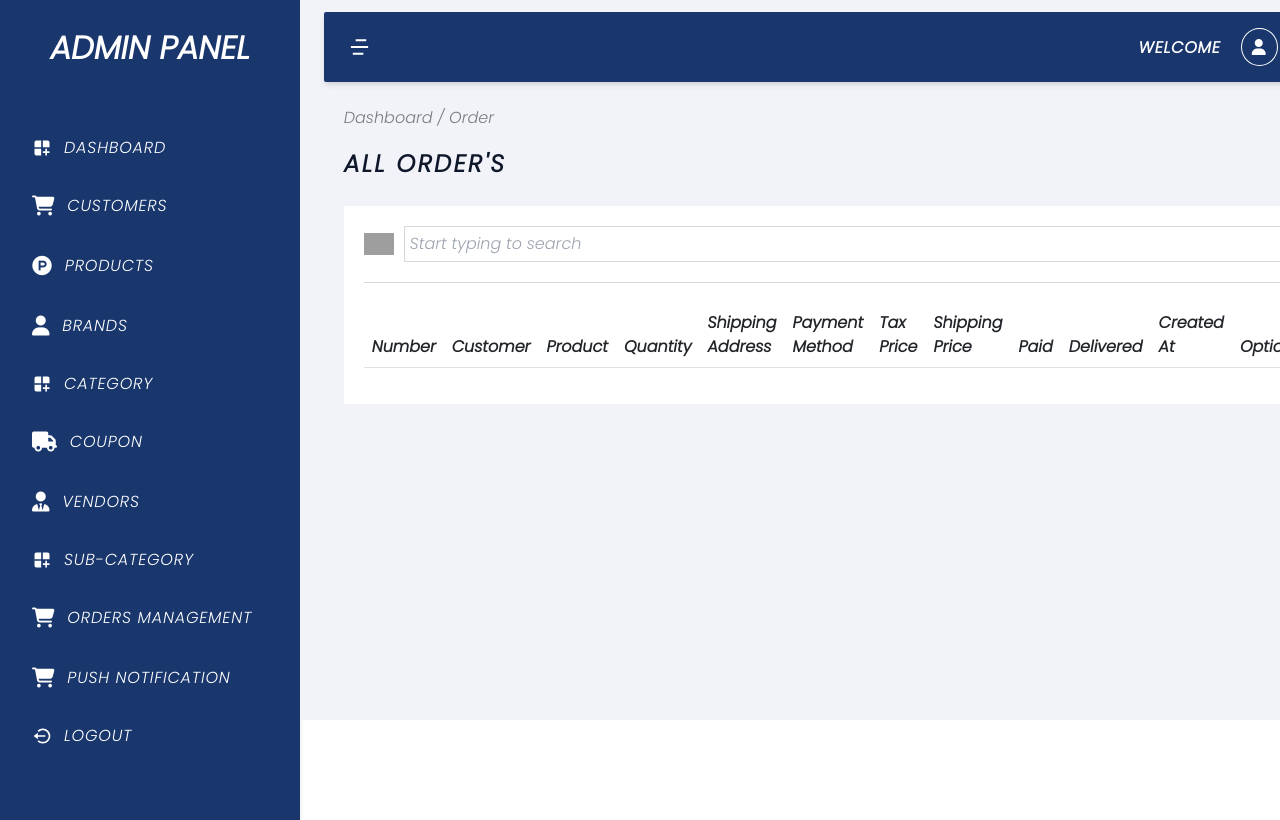
Repository: FlyweisReact/AnilAdminPanel
Page: /E-commerce/Admin/Orders
The author's editor kept a copy of each file at every save. The page is drawn from the files as they stood at one save, then again after the next save.
The browser window is 1280 px wide. The pictures show the whole page.
Pictures or frames that could not be fetched are drawn as grey boxes. The page's requests for data from a server got no answer. Some web libraries are served in a nearby version. The project was rebuilt for these pictures with package versions that can differ from the ones it lists, and the page was loaded fresh each time. No one was signed in, and anything a server would have sent is missing. Also part of the build but not shown: src/E-CommerceAdmin/forms/Login.jsx, src/E-CommerceAdmin/pages/Dashboard.jsx, src/E-CommerceAdmin/pages/ECategory.js, src/E-CommerceAdmin/pages/EProduct.js, src/E-CommerceVendor/forms/EVendorLogin.jsx, src/E-CommerceAdmin/pages/EVendorList.js, src/E-CommerceAdmin/pages/EAdminProduct.js, src/E-CommerceAdmin/pages/EAdminDelivery.js and 6 more. Imported but missing from the stored project, and not drawn on this page: src/E-CommerceVendor/pages/EVCategory, src/E-CommerceVendor/pages/EVDashboard, src/E-CommerceVendor/pages/EVOrders, src/E-CommerceVendor/pages/EVProduct, src/E-CommerceVendor/pages/EVSubCategory.

Above is the page before, as saved 2023-05-03 16:28:16.

### public/index.html
<!-- @format -->

<!DOCTYPE html>
<html lang="en">
  <head>
    <meta charset="utf-8" />
    <meta name="viewport" content="width=device-width, initial-scale=1" />
    <meta name="theme-color" content="#000000" />
    <meta
      name="description"
      content="Web site created using create-react-app"
    />
    <link rel="apple-touch-icon" href="%PUBLIC_URL%/favicon.ico?v=2" />
    <link rel="manifest" href="%PUBLIC_URL%/manifest.json" />
    <link rel="preconnect" href="https://fonts.googleapis.com">
<link rel="preconnect" href="https://fonts.gstatic.com" crossorigin>
<link href="https://fonts.googleapis.com/css2?family=Roboto+Mono:ital,wght@1,300&display=swap" rel="stylesheet">
    <title>Anil Admin Panel</title>
  </head>
  <body>
    <noscript>You need to enable JavaScript to run this app.</noscript>
    <div id="root"></div>
    <script src="https://code.jquery.com/jquery-3.6.0.min.js"></script>
    <script src="https://kit.fontawesome.com/b533b351e4.js" crossorigin="anonymous"></script>
  </body>
</html>

### src/index.js
import React from "react";
import ReactDOM from "react-dom/client";
import "./index.css";
import App from "./App";
import { BrowserRouter } from "react-router-dom";
import 'bootstrap/dist/css/bootstrap.min.css'

const root = ReactDOM.createRoot(document.getElementById("root"));
root.render(
  <React.StrictMode>
    <BrowserRouter>
      <App />
    </BrowserRouter>
  </React.StrictMode>
);

### src/index.css
/** @format */

@tailwind base;
@tailwind components;
@tailwind utilities;
@import url("https://fonts.googleapis.com/css2?family=Roboto+Mono:ital,wght@1,300&display=swap");
@font-face {
  font-family: Roboto;
  src: url("./Fonts/Poppins-LightItalic.ttf");
}
body {
  margin: 0;
  font-family: Roboto !important;
  -webkit-font-smoothing: antialiased;
  -moz-osx-font-smoothing: grayscale;
}

code {
  font-family: Roboto !important;
}

html {
  font-family: Roboto !important;
}

::-webkit-scrollbar {
  width: 10px;
}
.fa-trash {
  color: red;
  cursor: pointer;
}

.iCOn {
  transition: 0.5s;
  box-shadow: none;
  transform: scale(1);
}
.cardDiv {
  cursor: pointer;
}

.cardDiv:hover .iCOn {
  box-shadow: rgba(0, 0, 0, 0.35) 0px 5px 15px;
  transform: scale(1.3);
}

/* Track */
::-webkit-scrollbar-track {
  background: #f1f1f1;
}

/* Handle */
::-webkit-scrollbar-thumb {
  background: #888;
}

/* Handle on hover */
::-webkit-scrollbar-thumb:hover {
  background: #555;
}
.profileImage {
  width: 100px;
}
.fa-eye {
  color: #029aff;
  cursor: pointer;
}
.fa-edit {
  cursor: pointer;
  color: blue;
}

.View {
  border: 1px solid black;
  width: 100%;
  padding: 10px;
}

.main-card--container {
  display: grid;
  grid-template-columns: repeat(3, minmax(300px, 500px));
  grid-gap: 50px;
  justify-content: space-around;
}
.card-container {
  margin: 25px 0 auto;
  box-shadow: rgba(0, 0, 0, 0.35) 0px 5px 15px;
  position: relative;
  display: grid;
  grid-template-columns: 1fr;
  justify-content: space-around;
  align-items: flex-start;
}

.myEdit:focus {
  box-shadow: rgba(0, 0, 0, 0.35) 0px 5px 15px;
}

.AstroLogin {
  color: #fff;
  background-color: #2b7a8e;
  padding: 10px;
  width: 380px;
  text-align: center;
  font-size: 20px;
  background: linear-gradient(to left, #2b7a8e 50%, #fff 50%) right;
  background-size: 200%;
  transition: 0.5s ease-out;
  border: 1px solid #2b7a8e;
  margin-top: 10px;
  text-transform: uppercase;
}
.AstroLogin:hover {
  background-position: left;
  color: #2b7a8e;
}

.EcommerceAdminLogin {
  color: #fff;
  background-color: #19376d;
  padding: 10px;
  width: 380px;
  text-align: center;
  font-size: 20px;
  background: linear-gradient(to left, #19376d 50%, #fff 50%) right;
  background-size: 200%;
  transition: 0.5s ease-out;
  border: 1px solid #19376d;
  margin-top: 10px;
  text-transform: uppercase;
}

.EcommerceAdminLogin:hover {
  background-position: left;
  color: #19376d;
}
.EcommerceVendorLogin {
  color: #fff;
  background-color: #576cbc;
  padding: 10px;
  width: 380px;
  text-align: center;
  font-size: 20px;
  background: linear-gradient(to left, #576cbc 50%, #fff 50%) right;
  background-size: 200%;
  transition: 0.5s ease-out;
  border: 1px solid #576cbc;
  margin-top: 10px;
  text-transform: uppercase;
}

.EcommerceVendorLogin:hover {
  background-position: left;
  color: #576cbc;
}

.view {
  background-color: #2196f3;
  color: #fff;
  width: 50%;
  padding: 5px;
}

.two-sec {
  display: flex;
  justify-content: space-evenly;
  justify-content: space-evenly;
}
.two-sec .left {
  width: 60%;
  background-color: #f6f1ef;
  padding: 20px;
}
.two-sec .left .head {
  font-size: 25px;
  font-weight: bold;
}

.two-sec .right {
  width: 30%;
  background-color: #f6f1ef;
}

.searchDiv {
  width: 100%;
  display: flex;
  gap: 10px;
  border: 1px solid rgb(179, 179, 179);
  padding: 10px;
  margin-bottom: 20px;
  align-items: center;
}
.searchDiv input {
  width: 94%;
  outline: none;
  border: none;
}

.flexCont {
  display: flex;
  align-items: center;
  gap: 10px;
}
.flexCont img {
  width: 60px;
  background-color: #e9ecef;
}

.blockContent {
  display: block;
}
.blockContent p {
  margin: 0;
}

.checkBox {
  width: 50px;
  height: 25px;
  background-color: #e9ecef;
  border-radius: 50px;
  position: relative;
  cursor: pointer;
}
.checkBox span {
  width: 20px;
  height: 20px;
  border-radius: 100%;
  background-color: #fff;
  position: absolute;
  left: 5px;
  top: 2px;
}
.ActivecheckBox {
  width: 50px;
  height: 25px;
  background-color: #0d6efd;
  border-radius: 50px;
  position: relative;
  cursor: pointer;
}
.ActivecheckBox span {
  width: 20px;
  height: 20px;
  border-radius: 100%;
  background-color: #fff;
  position: absolute;
  right: 5px;
  top: 2px;
}

.fa-eye {
  color: #0cba73;
  background-color: #d6f8e8;
  width: 40px;
  text-align: center;
  height: 40px;
  display: flex;
  border-radius: 100%;
  justify-content: center;
  padding-top: 10px;
  transition: 0.5s;
}

.fa-pen-to-square {
  color: #f4c39c;
  background-color: #ffebdb;
  width: 40px;
  text-align: center;
  height: 40px;
  display: flex;
  border-radius: 100%;
  justify-content: center;
  padding-top: 10px;
  cursor: pointer;
  transition: 0.5s;
}
.fa-trash {
  color: #df939f;
  background-color: #ffe1e8;
  width: 40px;
  text-align: center;
  height: 40px;
  display: flex;
  border-radius: 100%;
  justify-content: center;
  padding-top: 10px;
  cursor: pointer;
  transition: 0.5s;
}
.fa-trash:hover {
  transform: scale(1.2);
}
.fa-eye:hover {
  transform: scale(1.2);
}
.fa-pen-to-square:hover {
  transform: scale(1.2);
}
.required {
  color: #e74260;
}

.headP {
  margin-left: 2%;
  color: #7b7c7d;
}
.filterBox {
  display: flex;
  align-items: center;
  gap: 10px;
  border-bottom: 1px solid #d4d7dc;
  padding-bottom: 20px;
  margin-bottom: 20px;
}
.filterBox img {
  width: 30px;
}
.filterBox input {
  width: 100%;
  border: 1px solid #d4d7dc;
  outline: none;
  padding: 5px;
  color: black;
}
.sectionCont {
  width: 98%;
  background-color: #fff;
  margin-left: 2%;
  padding: 20px;
}

.overFlowCont {
  width: 100%;
  overflow-x: auto;
}

.UserProfile {
  border: 1px solid #fff;
  padding: 10px;
  border-radius: 100%;
  transition: 0.5s;
  margin-left: 20px;
  cursor: pointer;
}

.UserProfile:hover {
  background-color: #fff;
  color: #000;
}

.submitBtn{
  border-radius: 0 !important;
  background-color: #19376d !important  ;

}

.pagination{
display: flex;
justify-content: center;
align-items: center;
gap: 10px;
margin-bottom: 20px;
}
.pagination button{
  border: 1px solid black;
  /* height: 50px;
  width: 50px; */
  padding: 10px;
}

.active{
  background-color: #029aff;
  color: #fff;
  border: 1px solid #029aff  !important;
}

### src/App.js
/** @format */

import { Routes, Route } from "react-router-dom";
import { ToastContainer } from "react-toastify";
import "react-toastify/dist/ReactToastify.css";
import Login from "./E-CommerceAdmin/forms/Login";
import Dashboard from "./E-CommerceAdmin/pages/Dashboard";
import ECategory from "./E-CommerceAdmin/pages/ECategory";
import EProduct from "./E-CommerceAdmin/pages/EProduct";
import EVendorLogin from "./E-CommerceVendor/forms/EVendorLogin";
import EVDashboard from "./E-CommerceVendor/pages/EVDashboard";
import EVCategory from "./E-CommerceVendor/pages/EVCategory";
import EVProduct from "./E-CommerceVendor/pages/EVProduct";
import EVendorList from "./E-CommerceAdmin/pages/EVendorList";
import EAdminOrders from "./E-CommerceAdmin/pages/EAdminOrders";
import EAdminProduct from "./E-CommerceAdmin/pages/EAdminProduct";
import EAdminDelivery from "./E-CommerceAdmin/pages/EAdminDelivery";
import EAdminCustomer from "./E-CommerceAdmin/pages/EAdminCustomer";
import EAdmin from "./E-CommerceAdmin/pages/EAdmin";
import ESubCategory from "./E-CommerceAdmin/pages/ESubCategory";
import ESingleProduct from "./E-CommerceAdmin/pages/ESingleProduct";
import EVSubCategory from "./E-CommerceVendor/pages/EVSubCategory";
import EVOrders from "./E-CommerceVendor/pages/EVOrders";
import PushNotification from './E-CommerceAdmin/pages/PushNotification'
import Transaction from "./E-CommerceAdmin/pages/Transaction";

function App() {
  return (
    <>
      <ToastContainer />

      <Routes>
          <Route path="/" element={<Login />} />
          <Route path="/notification" element={<PushNotification />} />
        <Route path="/E-Commerce/Product" element={<EProduct />} />
          <Route path="/Customer" element={<EAdminCustomer />} />
        <Route path="/E-Commerce/Category" element={<ECategory />} />
          <Route path="/E-Commerce/Admin" element={<EAdmin />} />
          <Route path="/E-Commerce/Admin/Delivery" element={<EAdminDelivery />} />

        <Route path="/E-Commerce/dashboard" element={<Dashboard />} />
        <Route path="/E-Commerce/VendorList" element={<EVendorList />} />

      <Route path="/transation" element={<Transaction />} />


        <Route path="/E-commerce/Admin/Orders" element={<EAdminOrders />} />
        <Route
          path="/E-Commerce/Admin/Product/:id"
          element={<EAdminProduct />}
        />
        <Route path="/E-Commerce/Admin/subCat" element={<ESubCategory />} />
        <Route
          path="/E-Commerce/Admin/Sproduct/:id"
          element={<ESingleProduct />}
        />
        <Route path="/E-Commerce/vendor/login" element={<EVendorLogin />} />
        <Route path="/E-Commerce/vendor/dashboard" element={<EVDashboard />} />
        <Route path="/E-Commerce/vendor/category" element={<EVCategory />} />
        <Route path="/E-Commerce/vendor/product" element={<EVProduct />} />
        <Route
          path="/E-Commerce/vendor/subCategory"
          element={<EVSubCategory />}
        />
        <Route path="/E-Commerce/vendor/order" element={<EVOrders />} />
      </Routes>
    </>
  );
}

export default App;

### src/E-CommerceAdmin/layout/HOC.jsx
/** @format */

import React, { useState } from "react";
import Navbar from "./Navbar";
import Sidebar from "./Sidebar";

const HOC = (Wcomponenet) => {
  return function Component() {
    const [hamb, setHamb] = useState(false);
    return (
      <>
        <section className="flex overflow-x-hidden relative ">
          {/* Sidebar */}
          <div
            className={
              hamb
                ? " absolute top-0 z-30 md:w-auto shadow-md bg-slate-200  w-60 transition-all md:-left-full left duration-150  h-auto overflow-y-auto  left-0 "
                : " md:w-72 z-30 bg-slate-200  shadow-md  md:static absolute top-0 -left-full   transition-all duration-150  overflow-y-auto h-auto"
            }
            style={{ minWidth: "300px" }}
          >
            <Sidebar hamb={hamb} setHamb={setHamb} />
          </div>
          {/* Components & Navbar */}
          <div
            className={
              hamb
                ? " transition-all px-4 py-2  duration-150 w-full h-screen"
                : " w-full h-screen  px-4 py-2   z-50 transition-all duration-150 "
            }
            style={{backgroundColor : '#f2f3f8'}}
          >
            <Navbar hamb={hamb} setHamb={setHamb} />
            <div className="my-6 text-#000 h-[87%] wcomp overflow-y-auto">
              {" "}
              <Wcomponenet />
            </div>
          </div>
        </section>
      </>
    );
  };
};

export default HOC;

### src/E-CommerceAdmin/layout/Navbar.jsx
/** @format */

import { useState } from "react";
import { RiMenu4Line } from "react-icons/ri";
import { ProfileUpdate } from "../Modals/Modals";

const Navbar = ({ hamb, setHamb }) => {
  const [openProfile, setOpenProfile] = useState(false);

  return (
    <>
      <ProfileUpdate show={openProfile} onHide={() => setOpenProfile(false)} />

      <div
        className={
          hamb
            ? "flex  w-full justify-between  my-1 rounded-sm  p-4 py-3 shadow-md items-center  bg-slate-200 space-x-4"
            : "flex  w-full justify-between my-1 rounded-sm  p-4 py-3 shadow-md items-center  bg-slate-200 space-x-4"
        }
        style={{ backgroundColor: "#19376d" }}
      >
        <RiMenu4Line
          onClick={() => setHamb(!hamb)}
          className="text-2xl font-bold text-gray-900 hover:scale-90 cursor-pointer"
          style={{ color: "#fff" }}
        />

        <section className="flex sm:ml-auto justify-end sm:w-full items-center space-x-2  pr-2">
          <figcaption className="tracking-wider pl-1 font-semibold">
            <div
              className="lg:text-base text-sm text-gray-900  uppercase"
              style={{ color: "#fff" }}
            >
              Welcome
              <i
                className="fa-solid fa-user UserProfile"
                onClick={() => setOpenProfile(!openProfile)}
              ></i>
            </div>
          </figcaption>
        </section>
      </div>
    </>
  );
};

export default Navbar;

### src/E-CommerceAdmin/layout/Sidebar.jsx
/** @format */

import React from "react";
import { RiCloseLine } from "react-icons/ri";
import { Link, useNavigate } from "react-router-dom";
import { BiLogOutCircle } from "react-icons/bi";
import { MdDashboardCustomize } from "react-icons/md";

const Sidebar = ({ hamb, setHamb }) => {
  const navigate = useNavigate();

  const nav = [
    {
      icon: <MdDashboardCustomize className="text-xl mr-3 rounded-full " />,
      link: "/E-Commerce/dashboard",
      name: "Dashboard",
    },

    {
      icon: (
        <i className="fa-solid fa-cart-shopping text-xl mr-3 rounded-full"></i>
      ),
      link: "/Customer",
      name: "Customers",
    },

    {
      icon: (
        <i className="fa-brands fa-product-hunt text-xl mr-3 rounded-full"></i>
      ),
      link: "/E-Commerce/Product",
      name: "Products",
    },

    {
      icon: <i class="fa-solid fa-user text-xl mr-3 rounded-full"></i>,
      link: "/E-Commerce/Admin",
      name: "Brands",
    },
    {
      icon: <MdDashboardCustomize className="text-xl mr-3 rounded-full " />,
      link: "/E-Commerce/Category",
      name: "Category",
    },
    {
      icon: <i class="fa-solid fa-truck  text-xl mr-3 rounded-full"></i>,
      link: "/E-Commerce/Admin/Delivery",
      name: "Coupon",
    },

    {
      icon: <i class="fa-solid fa-user-tie text-xl mr-3 rounded-full"></i>,
      link: "/E-Commerce/VendorList",
      name: "Vendors",
    },




    {
      icon: <MdDashboardCustomize className="text-xl mr-3 rounded-full " />,
      link: "/E-Commerce/Admin/subCat",
      name: "Sub-Category",
    },

    {
      icon: (
        <i className="fa-solid fa-cart-shopping text-xl mr-3 rounded-full"></i>
      ),
      link: "/E-commerce/Admin/Orders",
      name: "Orders Management",
    },

    {
      icon: (
        <i className="fa-solid fa-cart-shopping text-xl mr-3 rounded-full"></i>
      ),
      link: "/notification",
      name: "Push Notification",
    },
  ];

  const logOut = () => {
    navigate("/");
  };

  return (
    <>
      <aside
        className="p-4 h-auto"
        style={{ backgroundColor: "#19376d", minHeight: "100vh" }}
      >
        {/* Top */}
        <div className="w-full md:hidden relative  p-2 mb-4">
          <RiCloseLine
            onClick={() => setHamb(!hamb)}
            className="text-3xl  absolute top-2 sm:hover:rotate-[228deg] transition-transform font-bold right-2 sm:hover:text-[22px] text-[rgb(241,146,46)] cursor-pointer"
          />
        </div>{" "}
        <figure className="flex  flex-col items-center">
          <span
            className="font-bold text-[#fff]"
            style={{
              fontSize: "2rem",
              textAlign: "center",
              textTransform: "uppercase",
            }}
          >
             ADMIN PANEL
          </span>
        </figure>
        <nav className="py-6">
          {nav.map((nav) => {
            return (
              <Link
                to={nav.link}
                key={nav.name}
                className=""
                style={{ textDecoration: "none", textTransform: "uppercase" }}
              >
                <span
                  className="flex my-3 items-center cursor-pointer text-gray-900    tracking-wider p-2 rounded-sm"
                  style={{ color: "#FFF" }}
                >
                  {nav.icon} {nav.name}
                </span>
              </Link>
            );
          })}
          <span
            className="flex my-3 items-center cursor-pointer text-gray-900    tracking-wider p-2 rounded-sm"
            onClick={() => logOut()}
            style={{ color: "#FFF", textTransform: "uppercase" }}
          >
            <BiLogOutCircle className="text-xl mr-3 rounded-full " /> LogOut
          </span>
        </nav>
      </aside>
    </>
  );
};

export default Sidebar;

### src/E-CommerceAdmin/Modals/Modals.js
/** @format */

import { Button, Form, Modal } from "react-bootstrap";

export function ProfileUpdate(props) {
  return (
    <Modal
      {...props}
      size="lg"
      aria-labelledby="contained-modal-title-vcenter"
      centered
    >
      <Modal.Header closeButton>
        <Modal.Title id="contained-modal-title-vcenter">
          Update Profile
        </Modal.Title>
      </Modal.Header>
      <Modal.Body>
        <Form>
          <Form.Group className="mb-3">
            <Form.Label>Name</Form.Label>
            <Form.Control type="text" />
          </Form.Group>
          <Form.Group className="mb-3">
            <Form.Label>Email</Form.Label>
            <Form.Control type="email" />
          </Form.Group>
          <Form.Group className="mb-3">
            <Form.Label>Phone Number</Form.Label>
            <Form.Control type="tel" pattern="[0-9]{10}" />
          </Form.Group>
          <Form.Group className="mb-3">
            <Form.Label>Password</Form.Label>
            <Form.Control type="password" />
          </Form.Group>
          <Button className="submitBtn" >Submit</Button>
        </Form>
      </Modal.Body>
      <Modal.Footer></Modal.Footer>
    </Modal>
  );
}

Loaded but not shown: tailwind.config.js (common file); src/E-CommerceAdmin/pages/EAdminOrders.js (162 lines, source omitted)

After the next save:
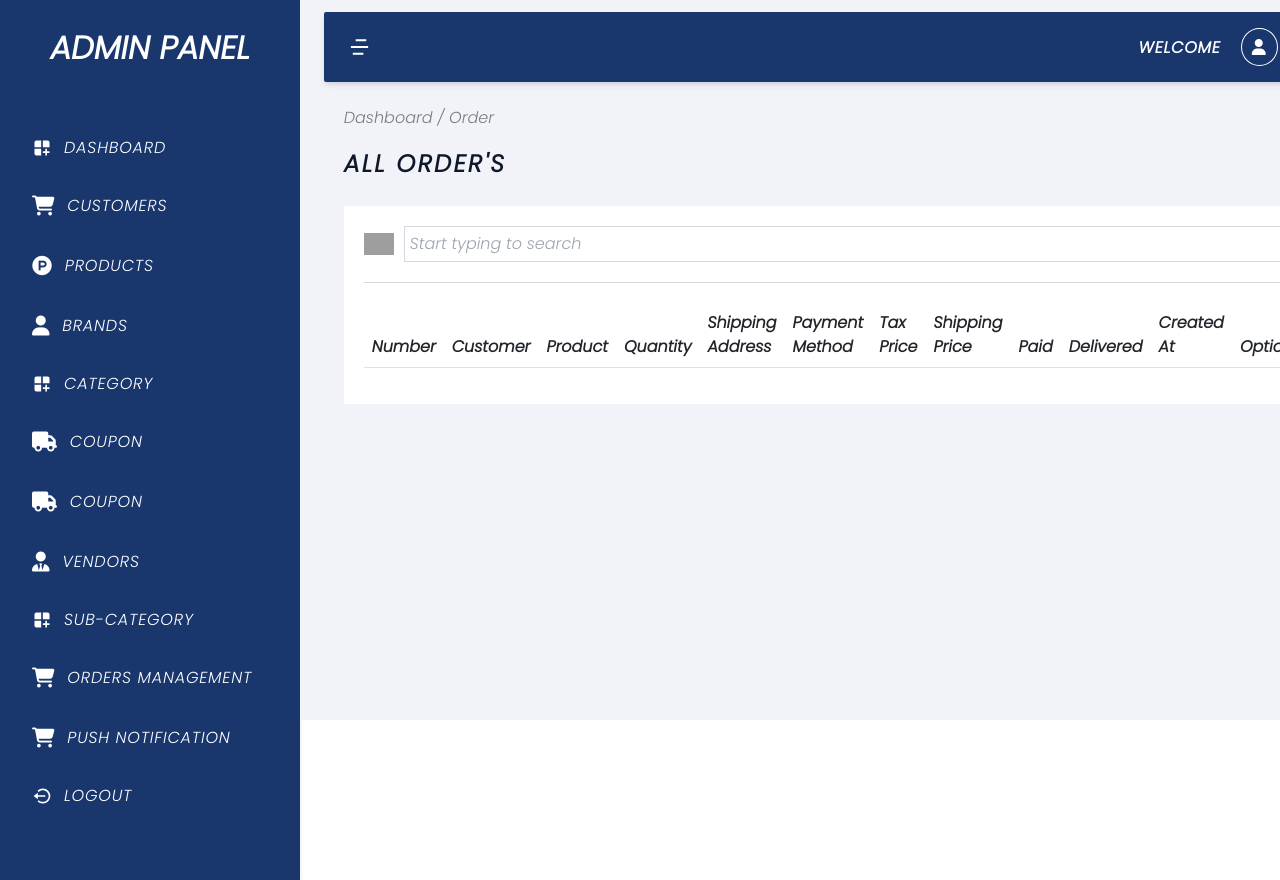
Saved 10 s later.
--- a/src/E-CommerceAdmin/layout/Sidebar.jsx
+++ b/src/E-CommerceAdmin/layout/Sidebar.jsx
@@ -41,6 +41,11 @@ const Sidebar = ({ hamb, setHamb }) => {
       icon: <MdDashboardCustomize className="text-xl mr-3 rounded-full " />,
       link: "/E-Commerce/Category",
       name: "Category",
+    },
+    {
+      icon: <i class="fa-solid fa-truck  text-xl mr-3 rounded-full"></i>,
+      link: "/E-Commerce/Admin/Delivery",
+      name: "Coupon",
     },
     {
       icon: <i class="fa-solid fa-truck  text-xl mr-3 rounded-full"></i>,
